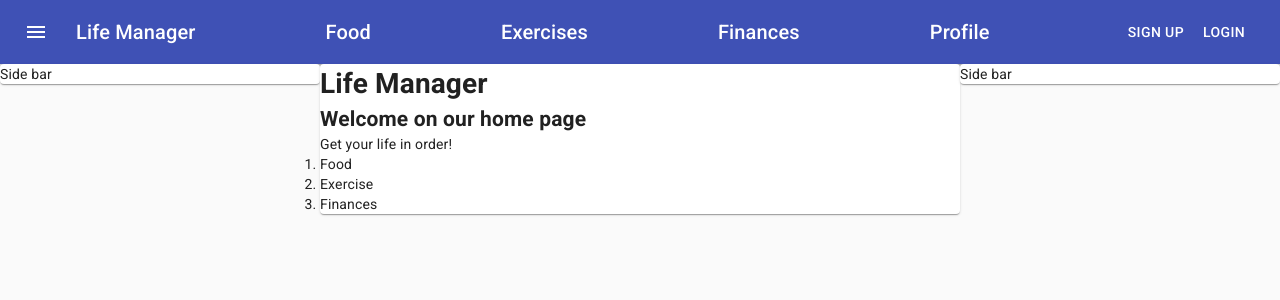
Repository: DaNiels89/lifemanagerreact
Page: /
These files come from the project's save history. The page is drawn as it stood at one moment and after the next save; the edit follows.
The browser window is 1280 px wide. The pictures show the whole page.
The project was rebuilt for these pictures with package versions that can differ from the ones it lists, and the page was loaded fresh each time. Also part of the build but not shown: src/assets/components/2_food/Recipe.js, src/assets/css/Food.css, src/assets/components/2_food/Food.js, src/assets/components/3_exercises/Exercise.js, src/assets/components/4_finances/Finance.js, src/assets/css/UserDetails.css, src/assets/components/5_profile/CountrySelect.js, src/assets/components/5_profile/ErrorMessage.js and 1 more.

Above is the page before, as saved 2020-03-18 15:54:55.

### public/index.html
<!DOCTYPE html>
<html lang="en">
  <head>
    <meta charset="utf-8" />
    <link rel="icon" href="%PUBLIC_URL%/favicon.ico" />
    <meta name="viewport" content="width=device-width, initial-scale=1" />
    <meta name="theme-color" content="#000000" />
    <meta
      name="description"
      content="Web site created using create-react-app"
    />
    <link rel="apple-touch-icon" href="%PUBLIC_URL%/logo192.png" />
    <link rel="manifest" href="%PUBLIC_URL%/manifest.json" />
    <title>Life Manager</title>
  </head>
  <body>
    <noscript>You need to enable JavaScript to run this app.</noscript>
    <div id="root"></div>
  </body>
</html>

### src/App.js
import React from 'react';
import Header from './assets/components/0_layout/Header';
// import UserDetails from './assets/components/UserDetails';

import CssBaseline from '@material-ui/core/CssBaseline';
import 'typeface-roboto';
import { makeStyles } from '@material-ui/core/styles';
import './assets/css/App.css';

const useStyles = makeStyles({
  main: {
    width: '100%'
  }
});

export default function App() {
  const classes = useStyles();

  return (
    <React.Fragment>
      <CssBaseline />
      <div className={classes.main}>
        <Header />
      </div>
    </React.Fragment>
  );
}

### src/assets/components/0_layout/Header.js
import React from 'react';
import {
  BrowserRouter as Router,
  Switch,
  Route
  // Link as RouterLink
} from 'react-router-dom';

import HomePage from '../1_lifemanager/HomePage';
import Food from '../2_food/Food';
import Exercise from '../3_exercises/Exercise';
import Finance from '../4_finances/Finance';
import UserDetails from '../5_profile/UserDetails';

import { makeStyles } from '@material-ui/core/styles';
import AppBar from '@material-ui/core/AppBar';
import Toolbar from '@material-ui/core/Toolbar';
import Link from '@material-ui/core/Link';
import Typography from '@material-ui/core/Typography';
import Button from '@material-ui/core/Button';
import IconButton from '@material-ui/core/IconButton';
import MenuIcon from '@material-ui/icons/Menu';

const useStyles = makeStyles(theme => ({
  header: {
    flexGrow: 1
  },
  menuButton: {
    marginRight: theme.spacing(2)
  },
  title: {
    flexGrow: 1
  }
}));

export default function Header() {
  const classes = useStyles();

  return (
    <Router>
      <div className={classes.header}>
        <AppBar position="static">
          <Toolbar>
            <IconButton
              edge="start"
              className={classes.menuButton}
              color="inherit"
              aria-label="menu"
            >
              <MenuIcon />
            </IconButton>
            <Typography variant="h6" className={classes.title}>
              <Link href="/" color="inherit">
                Life Manager
              </Link>
            </Typography>
            <Typography variant="h6" className={classes.title}>
              <Link href="/food" color="inherit">
                Food
              </Link>
            </Typography>
            <Typography variant="h6" className={classes.title}>
              <Link href="/exercises" color="inherit">
                Exercises
              </Link>
            </Typography>
            <Typography variant="h6" className={classes.title}>
              <Link href="/finances" color="inherit">
                Finances
              </Link>
            </Typography>
            <Typography variant="h6" className={classes.title}>
              <Link href="/profile" color="inherit">
                Profile
              </Link>
            </Typography>
            <Button color="inherit">Sign up</Button>
            <Button color="inherit">Login</Button>
          </Toolbar>
        </AppBar>

        <Switch>
          <Route path="/food">
            <Food />
          </Route>
          <Route path="/exercises">
            <Exercise />
          </Route>
          <Route path="/finances">
            <Finance />
          </Route>
          <Route path="/profile">
            <UserDetails />
          </Route>
          <Route path="/">
            <HomePage />
          </Route>
        </Switch>
      </div>
    </Router>
  );
}

### src/assets/components/1_lifemanager/HomePage.js
import React from 'react';

import { makeStyles } from '@material-ui/core/styles';

import Grid from '@material-ui/core/Grid';
import Paper from '@material-ui/core/Paper';

const useStyles = makeStyles({
  main: {
    width: '100%'
  }
});

export default function Main() {
  const classes = useStyles();

  return (
    <Grid container>
      <Grid item xs={3}>
        <Paper className={classes.paper}>Side bar</Paper>
      </Grid>
      <Grid item xs={6}>
        <Paper className={classes.paper}>
          <h1>Life Manager</h1>
          <h2>Welcome on our home page</h2>
          <p>Get your life in order!</p>
          <ol>
            <li>Food</li>
            <li>Exercise</li>
            <li>Finances</li>
          </ol>
        </Paper>
      </Grid>
      <Grid item xs={3}>
        <Paper className={classes.paper}>Side bar</Paper>
      </Grid>
    </Grid>
  );
}

Loaded but not shown: src/index.js (common file); src/assets/css/App.css (common file)

After the next save:
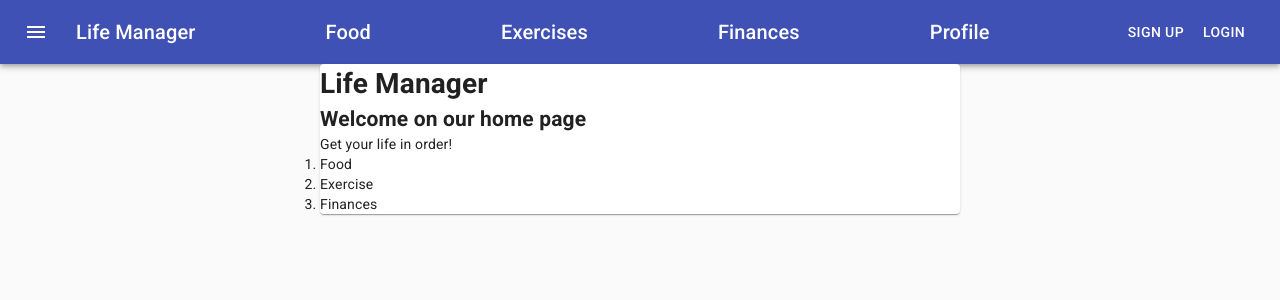
Saved 20 s later.
--- a/src/assets/components/1_lifemanager/HomePage.js
+++ b/src/assets/components/1_lifemanager/HomePage.js
@@ -17,7 +17,7 @@ export default function Main() {
   return (
     <Grid container>
       <Grid item xs={3}>
-        <Paper className={classes.paper}>Side bar</Paper>
+        <Paper className={classes.paper}></Paper>
       </Grid>
       <Grid item xs={6}>
         <Paper className={classes.paper}>
@@ -32,7 +32,7 @@ export default function Main() {
         </Paper>
       </Grid>
       <Grid item xs={3}>
-        <Paper className={classes.paper}>Side bar</Paper>
+        <Paper className={classes.paper}></Paper>
       </Grid>
     </Grid>
   );
